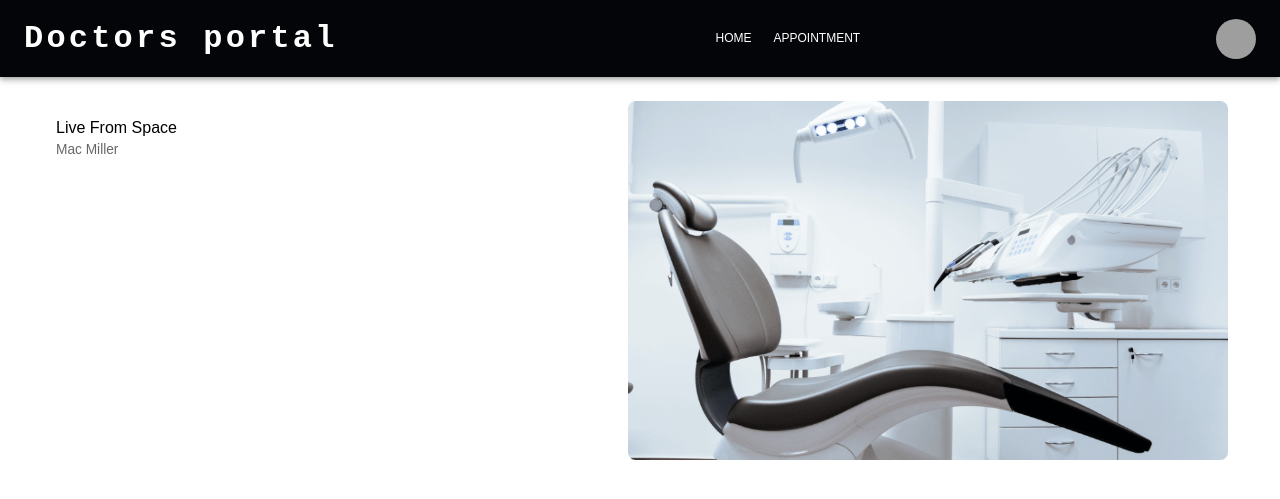
Repository: mdrubel02/health-care
Page: /
An editor plug-in stored every save of this project. The page is shown before and after the next save, followed by the edit.
The browser window is 1280 px wide. The pictures show the whole page.
Pictures or frames that could not be fetched are drawn as grey boxes. The project was rebuilt for these pictures with package versions that can differ from the ones it lists, and the page was loaded fresh each time. Also part of the build but not shown: src/Pages/Appointment/Appointment.js.

Above is the page before, as saved 2022-11-14 16:21:11.

After the next save:
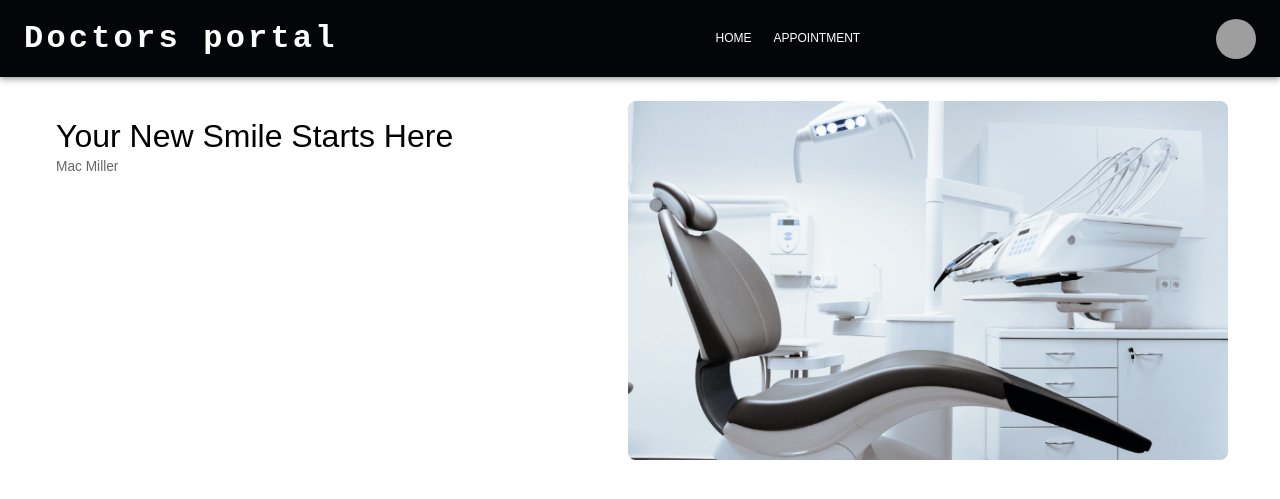
Saved 3 min 37 s later.
--- a/src/Pages/Home/Banner/Banner.js
+++ b/src/Pages/Home/Banner/Banner.js
@@ -4,13 +4,13 @@ import chair from '../../../assets/images/chair.png'
 
 const Banner = () => {
     return (
-        <Box sx={{  flexGrow: 1,marginTop: '3rem', marginBottom: '3rem' }}>
+        <Box sx={{ flexGrow: 1, marginTop: '3rem', marginBottom: '3rem' }}>
             <Grid container spacing={3} >
                 <Grid xs={6}>
                     <Box sx={{ display: 'flex', flexDirection: 'column' }}>
                         <CardContent sx={{ flex: '1 0 auto' }}>
-                            <Typography component="div" variant="h5">
-                                Live From Space
+                            <Typography component="div" variant="h2">
+                                Your New Smile Starts Here
                             </Typography>
                             <Typography variant="subtitle1" color="text.secondary" component="div">
                                 Mac Miller
